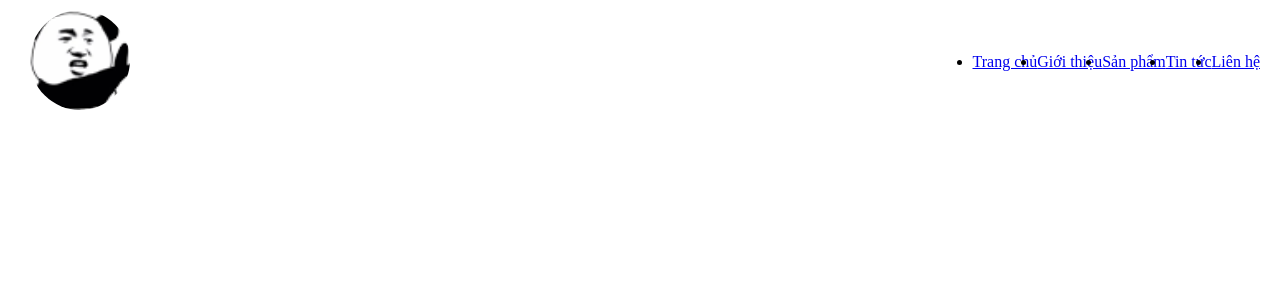
Repository: ThuatDev/BTVN_FE_JUNE
Page: buoi6.html
These files come from the project's save history. The page is drawn as it stood at one moment and after the next save; the edit follows.
The browser window is 1280 px wide. The pictures show the whole page.

Above is the page before, as saved 2023-08-12 16:12:15.

### buoi6.html
<!DOCTYPE html>
<html lang="en">
  <head>
    <meta charset="UTF-8" />
    <meta name="viewport" content="width=device-width, initial-scale=1.0" />
    <title>Document</title>
    <link rel="stylesheet" href="./assets/style.css" />
  </head>
  <body>
    <header>
      <div class="container-nav">
        <div class="navbar">
          <div class="navbar__logo">
            <img src="./assets/img/brand.png" alt="" />
          </div>
          <div class="navbar__menu">
            <ul class="list-navigator">
              <li class="list-navigator-item">
                <a href="#" class="nav-item">Trang chủ</a>
              </li>
              <li class="list-navigator-item">
                <a href="#" class="nav-item">Giới thiệu</a>
              </li>
              <li class="list-navigator-item">
                <a href="#" class="nav-item">Sản phẩm</a>
              </li>
              <li class="list-navigator-item">
                <a href="#" class="nav-item">Tin tức</a>
              </li>
              <li class="list-navigator-item">
                <a href="#" class="nav-item">Liên hệ</a>
              </li>
            </ul>
          </div>
        </div>
      </div>
    </header>
  </body>
</html>

### assets/style.css
* {
  margin: 0;
  padding: 0;
  box-sizing: border-box;
}
.container-nav {
  max-width: 1280px;
  /* background-color: #0d6efd; */
  margin: 0 auto;
}
.navbar__logo img {
  width: 100px;
  height: 100px;
  object-fit: cover;
  border-radius: 50%;
  margin: 10px;
}
.navbar {
  display: flex;
  justify-content: space-between;
  align-items: center;
  padding: 0 20px;
}
.navbar .navbar__menu .list-navigator {
  display: flex;
  justify-content: space-between;
  align-items: center;
}

After the next save:
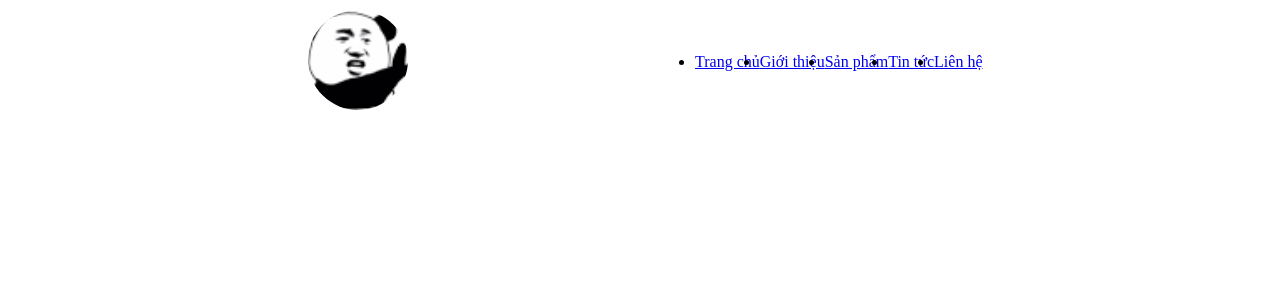
Saved 20 s later.
--- a/assets/style.css
+++ b/assets/style.css
@@ -17,7 +17,7 @@
 }
 .navbar {
   display: flex;
-  justify-content: space-between;
+  justify-content: space-evenly;
   align-items: center;
   padding: 0 20px;
 }
